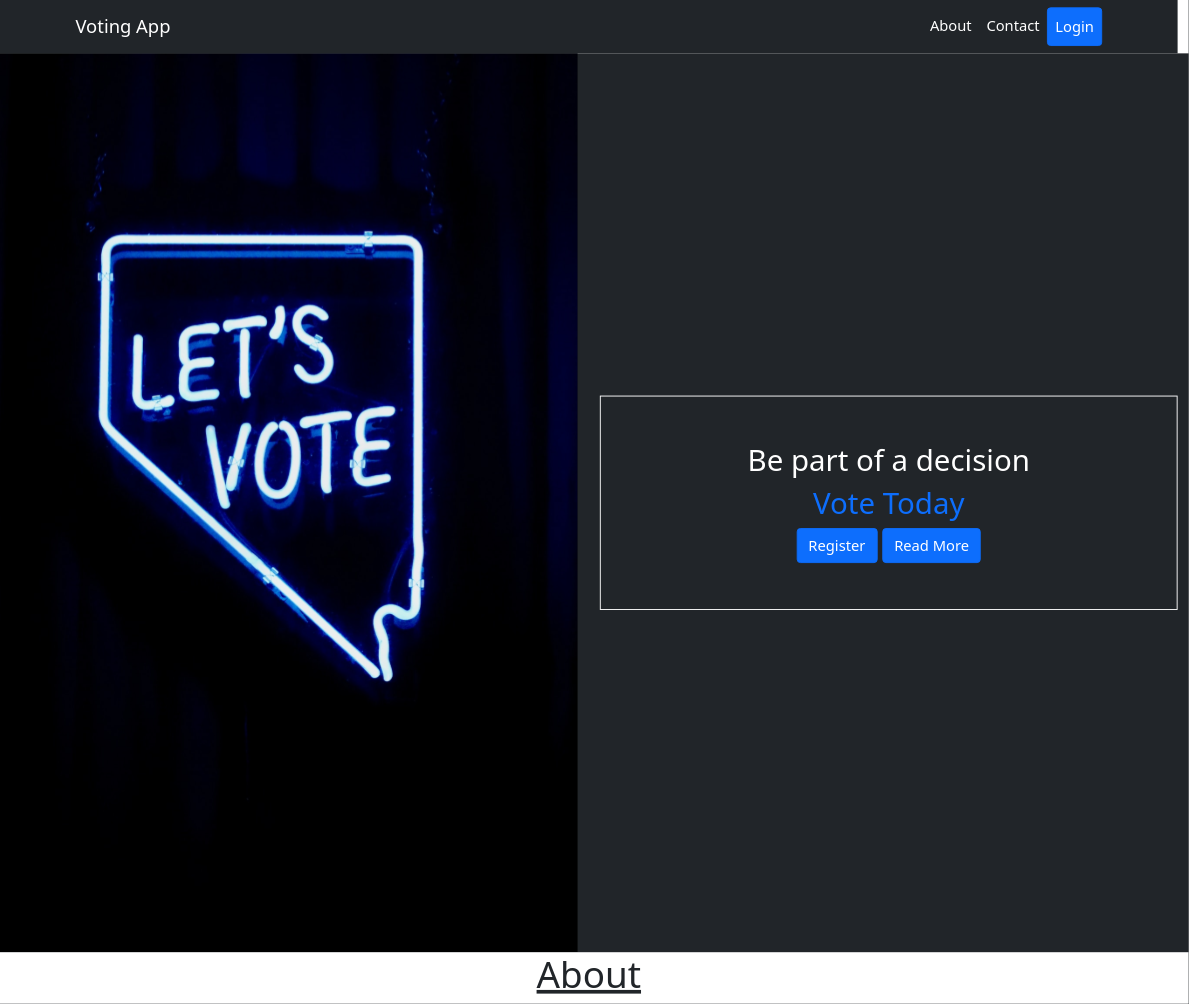
Repository: DavidManiIbrahim/Voting-app
Page: index.html
These files come from the project's save history. The page is drawn as it stood at one moment and after a run of saves; the edit follows.
The browser window is 1280 px wide. The page is 1292 px wide, so the pictures cover 1292 px, including what lies to the right of the window. The pictures show the whole page, at 92% of full size.

Above is the page before, as saved 2025-01-18 03:49:38.

After the next 2 saves:
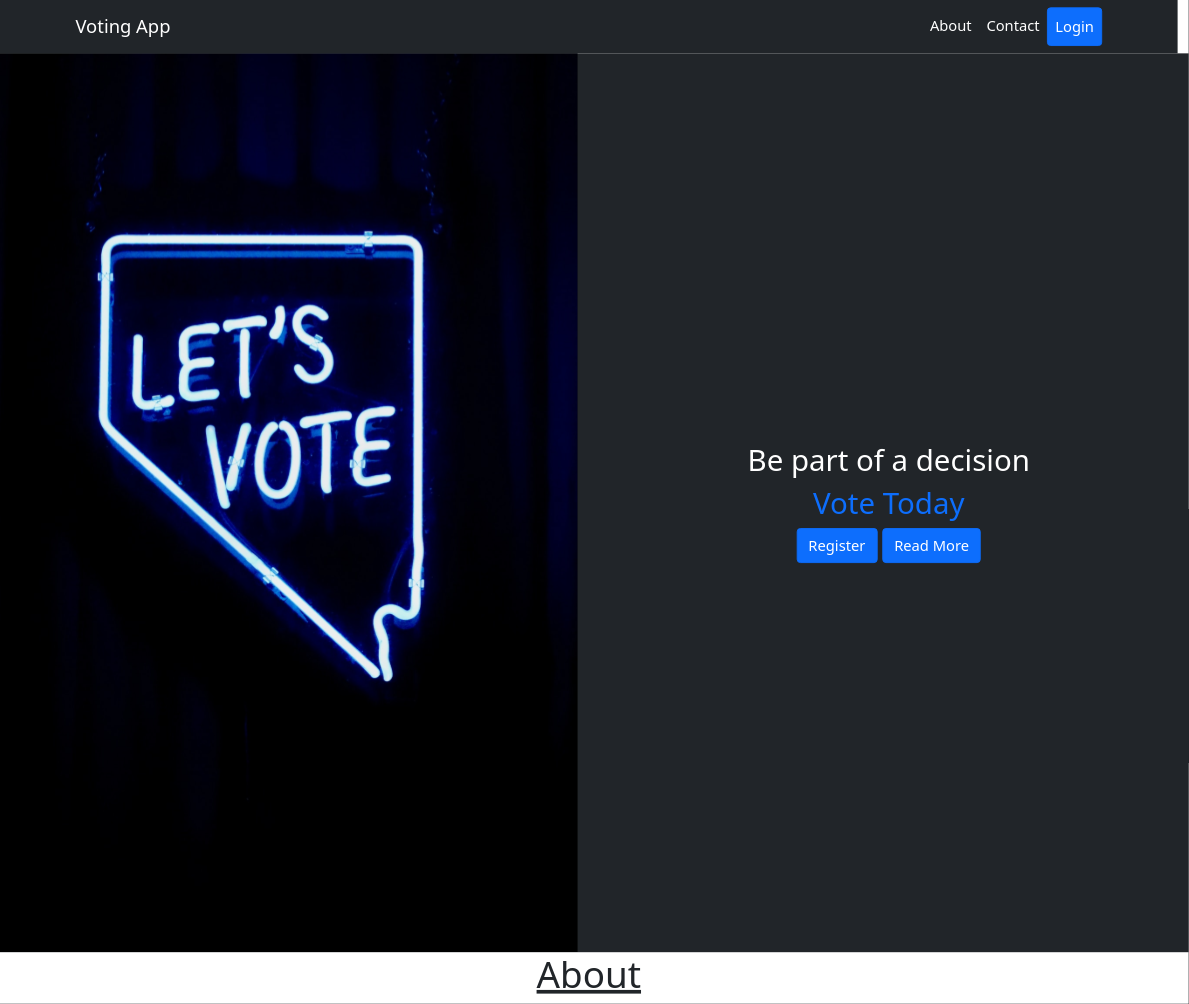
The 2 saves are shown as one change because they came seconds apart.
The last was saved 9 s later.
--- a/styles.css
+++ b/styles.css
@@ -1,5 +1,5 @@
 .lead,#content{
     /* height:50vh; */
+    /* border:1px solid; */
     padding: 50px;
-    border:1px solid;
 }
